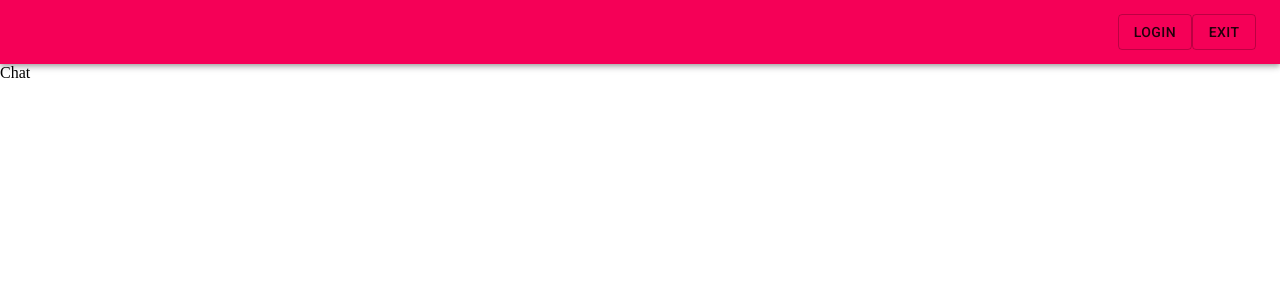
Repository: ezotop/react_firebase_chat
Page: /
These files come from the project's save history. The page is drawn as it stood at one moment and after the next save; the edit follows.
The browser window is 1280 px wide. The pictures show the whole page.
The project was rebuilt for these pictures with package versions that can differ from the ones it lists, and the page was loaded fresh each time. Also part of the build but not shown: src/component/Login.js.

Above is the page before, as saved 2021-06-16 16:29:19.

### public/index.html
<!DOCTYPE html>
<html lang="en">
  <head>
    <meta charset="utf-8" />
    <meta name="viewport" content="width=device-width, initial-scale=1" />
    <title>React Firebase App</title>
    <link rel="stylesheet" href="https://fonts.googleapis.com/css?family=Roboto:300,400,500,700&display=swap" />
  </head>
  <body>
    <noscript>You need to enable JavaScript to run this app.</noscript>
    <div id="root"></div>
  </body>
</html>

### src/App.js
import { BrowserRouter as Router } from 'react-router-dom';
import Navbar from './component/Navbar';
import AppRouter from './component/AppRouter';
import './App.css';

function App() {
    return (
        <Router>
            <Navbar />
            <AppRouter />
        </Router>
    );
}

export default App;

### src/component/Navbar.js
import React from 'react';
import { AppBar, Button, Grid, Toolbar } from '@material-ui/core';

const Navbar = () => {
    return (
        <AppBar color={'secondary'} position="static">
            <Toolbar>
                <Grid container justify={'flex-end'}>
                    <Button variant={'outlined'}>Login</Button>
                    <Button variant={'outlined'}>Exit</Button>
                </Grid>
            </Toolbar>
        </AppBar>
    );
};

export default Navbar;

### src/component/AppRouter.js
import React from 'react';
import { Route, Switch, Redirect } from 'react-router';
import { privateRoutes, publicRoutes } from '../routes';
import { CHAT_ROUTE, LOGIN_ROUTE } from '../utils/consts';

const AppRouter = () => {
    const user = true
    return user ?
        (
            <Switch>
                {privateRoutes.map(({path, component}) => <Route path={path} component={component} exact />)}
                <Redirect to={CHAT_ROUTE} /> {/* В случае какого-то непонятного роута перекинет на страницу чата, если юзер авторизован */}
            </Switch>
        )
        :
        (
            <Switch>
                {publicRoutes.map(({path, component}) => <Route path={path} component={component} exact />)}
                <Redirect to={LOGIN_ROUTE} /> {/* В случае какого-то непонятного роута перекинет на страницу логина, если юзер не авторизован */}
            </Switch>
        )
};

export default AppRouter;

### src/routes.js
import Chat from "./component/Chat";
import Login from "./component/Login";
import { LOGIN_ROUTE } from "./utils/consts";

export const publicRoutes = [
    {
        path: LOGIN_ROUTE,
        component: Login
    }
]

export const privateRoutes = [ // Приватные роуты, доступны только авторизированным пользователям
    {
        path: '/chat',
        component: Chat
    }
]

### src/component/Chat.js
import React from 'react';

const Chat = () => {
    return (
        <div>
            Chat
        </div>
    );
};

export default Chat;

Loaded but not shown: src/index.js (common file); src/App.css (common file); src/utils/consts.js (common file)

After the next save:
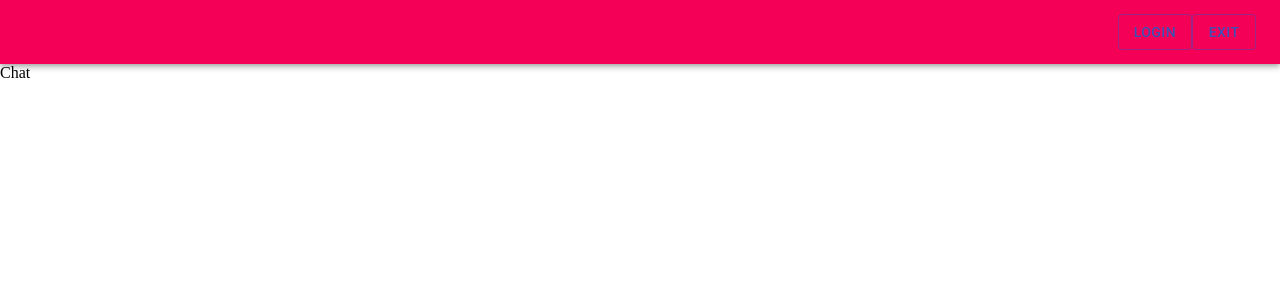
Saved 32 s later.
--- a/src/component/Navbar.js
+++ b/src/component/Navbar.js
@@ -6,8 +6,8 @@
         <AppBar color={'secondary'} position="static">
             <Toolbar>
                 <Grid container justify={'flex-end'}>
-                    <Button variant={'outlined'}>Login</Button>
-                    <Button variant={'outlined'}>Exit</Button>
+                    <Button variant={'outlined'} color={'primary'}>Login</Button>
+                    <Button variant={'outlined'} color={'primary'}>Exit</Button>
                 </Grid>
             </Toolbar>
         </AppBar>

After the save that followed:
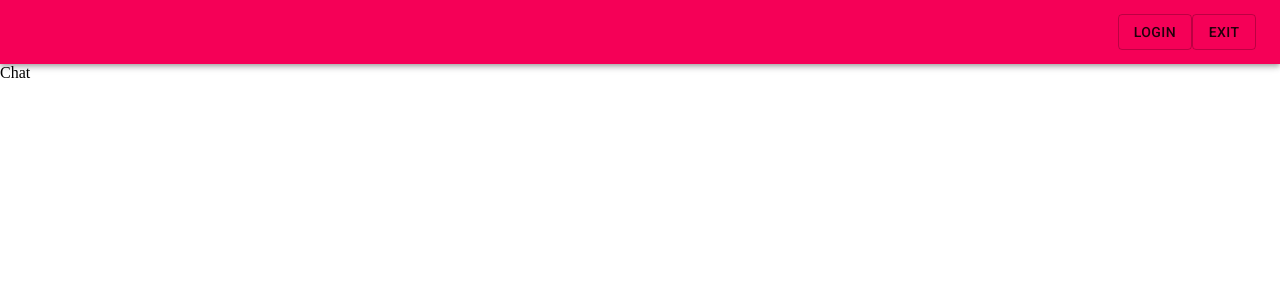
Saved 13 s later.
--- a/src/component/Navbar.js
+++ b/src/component/Navbar.js
@@ -6,8 +6,8 @@
         <AppBar color={'secondary'} position="static">
             <Toolbar>
                 <Grid container justify={'flex-end'}>
-                    <Button variant={'outlined'} color={'primary'}>Login</Button>
-                    <Button variant={'outlined'} color={'primary'}>Exit</Button>
+                    <Button variant={'outlined'}>Login</Button>
+                    <Button variant={'outlined'}>Exit</Button>
                 </Grid>
             </Toolbar>
         </AppBar>
